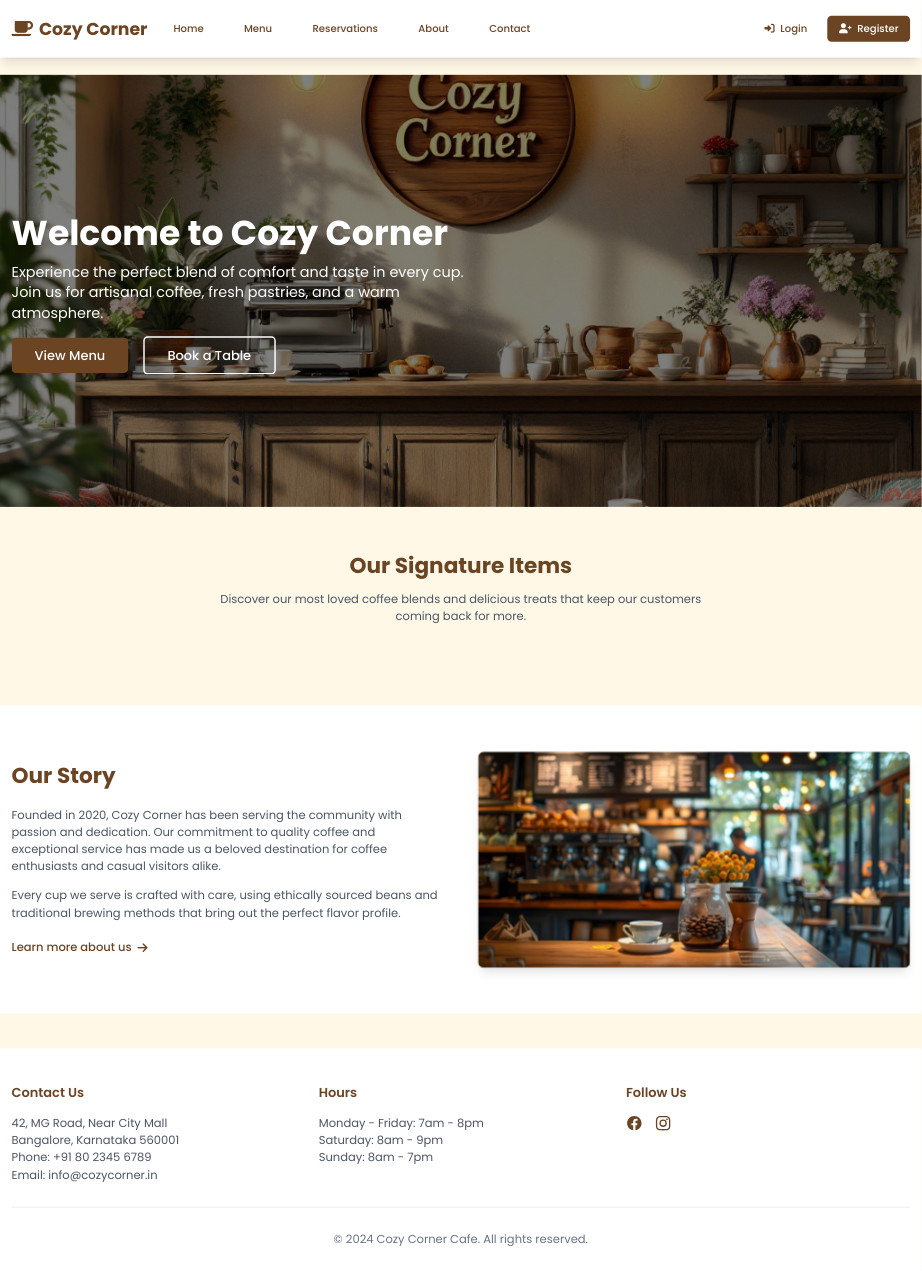
Repository: Aryansin1234/cafe-website
Page: http://localhost/
An editor plug-in stored every save of this project. The page is shown before and after the next save, followed by the edit.
The browser window is 1280 px wide. The pictures show the whole page, at 72% of full size.
Some web libraries are served in a nearby version. The page is run by PHP 8.4 with error messages shown; the project is at /var/www/html/. Queries for data that is not in the repository find no rows.

Above is the page before, as saved 2025-04-10 14:55:41.

### index.php
<?php require_once 'partials/header.php'; ?>

<!-- Hero Section -->
<div class="relative h-[600px] -mt-6">
    <div class="absolute inset-0">
        <img src="assets/images/hero-bg1.jpg" alt="Cafe Interior" class="w-full h-full object-cover object-center">
        <div class="absolute inset-0 bg-black opacity-50"></div>
    </div>
    <div class="relative max-w-7xl mx-auto h-full flex items-center px-4">
        <div class="text-white max-w-2xl" data-aos="fade-up" data-aos-duration="1000">
            <h1 class="text-5xl font-bold mb-4">Welcome to Cozy Corner</h1>
            <p class="text-xl mb-8">Experience the perfect blend of comfort and taste in every cup. Join us for artisanal coffee, fresh pastries, and a warm atmosphere.</p>
            <div class="space-x-4" data-aos="fade-up" data-aos-delay="300" data-aos-duration="1000">
                <a href="menu.php" class="bg-cafe-brown hover:bg-cafe-accent text-white px-8 py-3 rounded-md text-lg font-medium transition duration-300">View Menu</a>
                <a href="reservations.php" class="border-2 border-white hover:bg-white hover:text-cafe-brown text-white px-8 py-3 rounded-md text-lg font-medium transition duration-300">Book a Table</a>
            </div>
        </div>
    </div>
</div>

<!-- Featured Menu Section -->
<section class="py-16">
    <div class="text-center mb-12" data-aos="fade-up" data-aos-duration="1000">
        <h2 class="text-3xl font-bold text-cafe-brown mb-4">Our Signature Items</h2>
        <p class="text-gray-600 max-w-2xl mx-auto">Discover our most loved coffee blends and delicious treats that keep our customers coming back for more.</p>
    </div>
    <div class="grid grid-cols-1 md:grid-cols-3 gap-8">
        <?php
        require_once 'config/database.php';
        $stmt = $conn->query("SELECT * FROM menu_items WHERE id IN (1, 2, 3) LIMIT 3");
        $delay = 0;
        while ($item = $stmt->fetch(PDO::FETCH_ASSOC)) {
        ?>
        <div class="bg-white rounded-lg shadow-md overflow-hidden transform transition duration-500 hover:scale-105"
             data-aos="fade-up"
             data-aos-delay="<?php echo $delay; ?>"
             data-aos-duration="1000">
            <img src="<?php echo htmlspecialchars($item['image_url']); ?>"
                 alt="<?php echo htmlspecialchars($item['name']); ?>"
                 class="w-full h-48 object-cover object-center">
            <div class="p-6">
                <h3 class="text-xl font-semibold text-cafe-brown mb-2"><?php echo htmlspecialchars($item['name']); ?></h3>
                <p class="text-gray-600 mb-4"><?php echo htmlspecialchars($item['description']); ?></p>
                <p class="text-cafe-accent font-semibold">$<?php echo number_format($item['price'], 2); ?></p>
            </div>
        </div>
        <?php
            $delay += 200;
        }
        ?>
    </div>
</section>

<!-- About Section -->
<section class="py-16 bg-white">
    <div class="max-w-7xl mx-auto px-4">
        <div class="grid grid-cols-1 md:grid-cols-2 gap-12 items-center">
            <div data-aos="fade-right" data-aos-duration="1000">
                <h2 class="text-3xl font-bold text-cafe-brown mb-6">Our Story</h2>
                <p class="text-gray-600 mb-4">Founded in 2020, Cozy Corner has been serving the community with passion and dedication. Our commitment to quality coffee and exceptional service has made us a beloved destination for coffee enthusiasts and casual visitors alike.</p>
                <p class="text-gray-600 mb-6">Every cup we serve is crafted with care, using ethically sourced beans and traditional brewing methods that bring out the perfect flavor profile.</p>
                <a href="about.php" class="text-cafe-brown hover:text-cafe-accent font-medium transition duration-300 inline-flex items-center">
                    Learn more about us
                    <i class="fas fa-arrow-right ml-2 transform transition-transform duration-300 group-hover:translate-x-1"></i>
                </a>
            </div>
            <div class="relative" data-aos="fade-left" data-aos-duration="1000">
                <img src="assets/images/about-hero.jpg" alt="Cafe Ambiance" class="w-full h-auto object-contain rounded-lg shadow-lg transform transition duration-500 hover:scale-105">
            </div>
        </div>
    </div>
</section>

<!-- Initialize AOS -->
<script>
    AOS.init({
        duration: 1000,
        once: true,
        offset: 100,
        easing: 'ease-in-out'
    });
</script>

<?php require_once 'partials/footer.php'; ?>

### partials/header.php
<!DOCTYPE html>
<html lang="en">
<head>
    <meta charset="UTF-8">
    <meta name="viewport" content="width=device-width, initial-scale=1.0">
    <title>Cozy Corner Cafe</title>
    <script src="https://cdn.tailwindcss.com"></script>
    <link href="https://fonts.googleapis.com/css2?family=Poppins:wght@300;400;500;600;700&display=swap" rel="stylesheet">
    <!-- AOS Library -->
    <link href="https://unpkg.com/aos@2.3.1/dist/aos.css" rel="stylesheet">
    <script src="https://unpkg.com/aos@2.3.1/dist/aos.js"></script>
    <!-- Font Awesome -->
    <link rel="stylesheet" href="https://cdnjs.cloudflare.com/ajax/libs/font-awesome/6.0.0/css/all.min.css">
    <script>
        tailwind.config = {
            theme: {
                extend: {
                    fontFamily: {
                        sans: ['Poppins', 'sans-serif'],
                    },
                    colors: {
                        'cafe-brown': '#6B4423',
                        'cafe-cream': '#FFF8E7',
                        'cafe-accent': '#D4A373',
                    }
                }
            }
        }
    </script>
</head>
<body class="bg-cafe-cream min-h-screen">
    <nav class="bg-white shadow-lg fixed w-full z-50">
        <div class="max-w-7xl mx-auto px-4">
            <div class="flex justify-between h-20">
                <div class="flex items-center">
                    <div class="flex-shrink-0">
                        <a href="about.php" class="text-2xl font-bold text-cafe-brown flex items-center">
                            <i class="fas fa-coffee mr-2"></i>
                            Cozy Corner
                        </a>
                    </div>
                    <div class="hidden sm:ml-6 sm:flex sm:space-x-8">
                        <a href="index.php" class="text-cafe-brown hover:text-cafe-accent px-3 py-2 rounded-md text-sm font-medium transition duration-300">Home</a>
                        <a href="menu.php" class="text-cafe-brown hover:text-cafe-accent px-3 py-2 rounded-md text-sm font-medium transition duration-300">Menu</a>
                        <a href="reservations.php" class="text-cafe-brown hover:text-cafe-accent px-3 py-2 rounded-md text-sm font-medium transition duration-300">Reservations</a>
                        <a href="about.php" class="text-cafe-brown hover:text-cafe-accent px-3 py-2 rounded-md text-sm font-medium transition duration-300">About</a>
                        <a href="contact.php" class="text-cafe-brown hover:text-cafe-accent px-3 py-2 rounded-md text-sm font-medium transition duration-300">Contact</a>
                    </div>
                </div>
                <div class="hidden sm:ml-6 sm:flex sm:items-center sm:space-x-4">
                    <?php if(isset($_SESSION['user_id'])): ?>
                        <a href="cart.php" class="text-cafe-brown hover:text-cafe-accent px-3 py-2 rounded-md text-sm font-medium transition duration-300 flex items-center">
                            <i class="fas fa-shopping-cart mr-2"></i>
                            Cart
                        </a>
                        <a href="profile.php" class="text-cafe-brown hover:text-cafe-accent px-3 py-2 rounded-md text-sm font-medium transition duration-300 flex items-center">
                            <i class="fas fa-user mr-2"></i>
                            Profile
                        </a>
                        <a href="logout.php" class="bg-cafe-brown text-white hover:bg-cafe-accent px-4 py-2 rounded-md text-sm font-medium transition duration-300 flex items-center">
                            <i class="fas fa-sign-out-alt mr-2"></i>
                            Logout
                        </a>
                    <?php else: ?>
                        <a href="login.php" class="text-cafe-brown hover:text-cafe-accent px-3 py-2 rounded-md text-sm font-medium transition duration-300 flex items-center">
                            <i class="fas fa-sign-in-alt mr-2"></i>
                            Login
                        </a>
                        <a href="register.php" class="bg-cafe-brown text-white hover:bg-cafe-accent px-4 py-2 rounded-md text-sm font-medium transition duration-300 flex items-center">
                            <i class="fas fa-user-plus mr-2"></i>
                            Register
                        </a>
                    <?php endif; ?>
                </div>
                <!-- Mobile menu button -->
                <div class="sm:hidden flex items-center">
                    <button type="button" class="mobile-menu-button inline-flex items-center justify-center p-2 rounded-md text-cafe-brown hover:text-cafe-accent focus:outline-none">
                        <i class="fas fa-bars text-xl"></i>
                    </button>
                </div>
            </div>
        </div>
        <!-- Mobile menu -->
        <div class="sm:hidden mobile-menu hidden">
            <div class="px-2 pt-2 pb-3 space-y-1">
                <a href="index.php" class="text-cafe-brown hover:text-cafe-accent block px-3 py-2 rounded-md text-base font-medium">Home</a>
                <a href="menu.php" class="text-cafe-brown hover:text-cafe-accent block px-3 py-2 rounded-md text-base font-medium">Menu</a>
                <a href="reservations.php" class="text-cafe-brown hover:text-cafe-accent block px-3 py-2 rounded-md text-base font-medium">Reservations</a>
                <a href="about.php" class="text-cafe-brown hover:text-cafe-accent block px-3 py-2 rounded-md text-base font-medium">About</a>
                <a href="contact.php" class="text-cafe-brown hover:text-cafe-accent block px-3 py-2 rounded-md text-base font-medium">Contact</a>
                <?php if(isset($_SESSION['user_id'])): ?>
                    <a href="cart.php" class="text-cafe-brown hover:text-cafe-accent block px-3 py-2 rounded-md text-base font-medium">Cart</a>
                    <a href="profile.php" class="text-cafe-brown hover:text-cafe-accent block px-3 py-2 rounded-md text-base font-medium">Profile</a>
                    <a href="logout.php" class="text-cafe-brown hover:text-cafe-accent block px-3 py-2 rounded-md text-base font-medium">Logout</a>
                <?php else: ?>
                    <a href="login.php" class="text-cafe-brown hover:text-cafe-accent block px-3 py-2 rounded-md text-base font-medium">Login</a>
                    <a href="register.php" class="text-cafe-brown hover:text-cafe-accent block px-3 py-2 rounded-md text-base font-medium">Register</a>
                <?php endif; ?>
            </div>
        </div>
    </nav>

    <!-- Add padding to main content to account for fixed navbar -->
    <div class="pt-20">
        <main class="max-w-7xl mx-auto px-4 py-6">
            <?php // Main content will go here ?>
        </main>
    </div>

    <!-- Mobile menu script -->
    <script>
        const mobileMenuButton = document.querySelector('.mobile-menu-button');
        const mobileMenu = document.querySelector('.mobile-menu');

        mobileMenuButton.addEventListener('click', () => {
            mobileMenu.classList.toggle('hidden');
        });
    </script>
</body>
</html>

### config/database.php
<?php
define('DB_HOST', 'localhost');
define('DB_USER', 'root');
define('DB_PASS', '');
define('DB_NAME', 'cafe_db');

try {
    $conn = new PDO("mysql:host=" . DB_HOST . ";dbname=" . DB_NAME, DB_USER, DB_PASS);
    $conn->setAttribute(PDO::ATTR_ERRMODE, PDO::ERRMODE_EXCEPTION);
} catch(PDOException $e) {
    die("Connection failed: " . $e->getMessage());
}
?>

### partials/footer.php
    </main>
    <footer class="bg-white mt-12">
        <div class="max-w-7xl mx-auto px-4 py-12">
            <div class="grid grid-cols-1 md:grid-cols-3 gap-8">
                <div>
                    <h3 class="text-lg font-semibold text-cafe-brown mb-4">Contact Us</h3>
                    <p class="text-gray-600">42, MG Road, Near City Mall</p>
                    <p class="text-gray-600">Bangalore, Karnataka 560001</p>
                    <p class="text-gray-600">Phone: +91 80 2345 6789</p>
                    <p class="text-gray-600">Email: info@cozycorner.in</p>
                </div>
                <div>
                    <h3 class="text-lg font-semibold text-cafe-brown mb-4">Hours</h3>
                    <p class="text-gray-600">Monday - Friday: 7am - 8pm</p>
                    <p class="text-gray-600">Saturday: 8am - 9pm</p>
                    <p class="text-gray-600">Sunday: 8am - 7pm</p>
                </div>
                <div>
                    <h3 class="text-lg font-semibold text-cafe-brown mb-4">Follow Us</h3>
                    <div class="flex space-x-4">
                        <a href="#" class="text-cafe-brown hover:text-cafe-accent">
                            <span class="sr-only">Facebook</span>
                            <svg class="h-6 w-6" fill="currentColor" viewBox="0 0 24 24">
                                <path d="M22 12c0-5.523-4.477-10-10-10S2 6.477 2 12c0 4.991 3.657 9.128 8.438 9.878v-6.987h-2.54V12h2.54V9.797c0-2.506 1.492-3.89 3.777-3.89 1.094 0 2.238.195 2.238.195v2.46h-1.26c-1.243 0-1.63.771-1.63 1.562V12h2.773l-.443 2.89h-2.33v6.988C18.343 21.128 22 16.991 22 12z"/>
                            </svg>
                        </a>
                        <a href="#" class="text-cafe-brown hover:text-cafe-accent">
                            <span class="sr-only">Instagram</span>
                            <svg class="h-6 w-6" fill="currentColor" viewBox="0 0 24 24">
                                <path d="M12.315 2c2.43 0 2.784.013 3.808.06 1.064.049 1.791.218 2.427.465a4.902 4.902 0 011.772 1.153 4.902 4.902 0 011.153 1.772c.247.636.416 1.363.465 2.427.048 1.067.06 1.407.06 4.123v.08c0 2.643-.012 2.987-.06 4.043-.049 1.064-.218 1.791-.465 2.427a4.902 4.902 0 01-1.153 1.772 4.902 4.902 0 01-1.772 1.153c-.636.247-1.363.416-2.427.465-1.067.048-1.407.06-4.123.06h-.08c-2.643 0-2.987-.012-4.043-.06-1.064-.049-1.791-.218-2.427-.465a4.902 4.902 0 01-1.772-1.153 4.902 4.902 0 01-1.153-1.772c-.247-.636-.416-1.363-.465-2.427-.047-1.024-.06-1.379-.06-3.808v-.63c0-2.43.013-2.784.06-3.808.049-1.064.218-1.791.465-2.427a4.902 4.902 0 011.153-1.772A4.902 4.902 0 015.45 2.525c.636-.247 1.363-.416 2.427-.465C8.901 2.013 9.256 2 11.685 2h.63zm-.081 1.802h-.468c-2.456 0-2.784.011-3.807.058-.975.045-1.504.207-1.857.344-.467.182-.8.398-1.15.748-.35.35-.566.683-.748 1.15-.137.353-.3.882-.344 1.857-.047 1.023-.058 1.351-.058 3.807v.468c0 2.456.011 2.784.058 3.807.045.975.207 1.504.344 1.857.182.466.399.8.748 1.15.35.35.683.566 1.15.748.353.137.882.3 1.857.344 1.054.048 1.37.058 4.041.058h.08c2.597 0 2.917-.01 3.96-.058.976-.045 1.505-.207 1.858-.344.466-.182.8-.398 1.15-.748.35-.35.566-.683.748-1.15.137-.353.3-.882.344-1.857.048-1.055.058-1.37.058-4.041v-.08c0-2.597-.01-2.917-.058-3.96-.045-.976-.207-1.505-.344-1.858a3.097 3.097 0 00-.748-1.15 3.098 3.098 0 00-1.15-.748c-.353-.137-.882-.3-1.857-.344-1.023-.047-1.351-.058-3.807-.058zM12 6.865a5.135 5.135 0 110 10.27 5.135 5.135 0 010-10.27zm0 1.802a3.333 3.333 0 100 6.666 3.333 3.333 0 000-6.666zm5.338-3.205a1.2 1.2 0 110 2.4 1.2 1.2 0 010-2.4z"/>
                            </svg>
                        </a>
                    </div>
                </div>
            </div>
            <div class="mt-8 border-t border-gray-200 pt-8 text-center">
                <p class="text-gray-500">&copy; 2024 Cozy Corner Cafe. All rights reserved.</p>
            </div>
        </div>
    </footer>
</body>
</html>

After the next save:
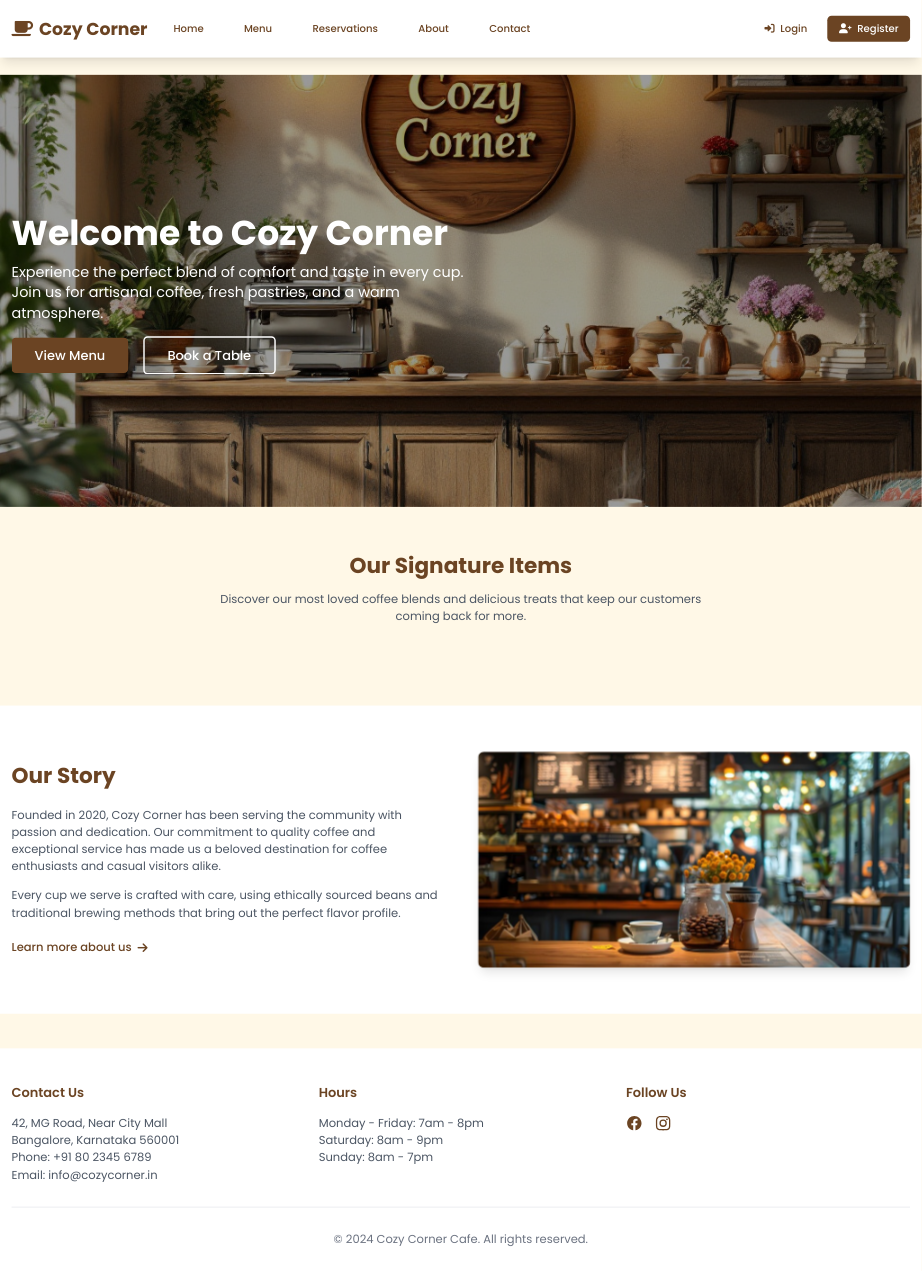
Saved 76 s later.
--- a/index.php
+++ b/index.php
@@ -1,12 +1,12 @@
 <?php require_once 'partials/header.php'; ?>
 
 <!-- Hero Section -->
-<div class="relative h-[600px] -mt-6">
+<div class="relative min-h-[600px] -mt-6">
     <div class="absolute inset-0">
         <img src="assets/images/hero-bg1.jpg" alt="Cafe Interior" class="w-full h-full object-cover object-center">
-        <div class="absolute inset-0 bg-black opacity-50"></div>
+        <div class="absolute inset-0 bg-black opacity-40"></div>
     </div>
-    <div class="relative max-w-7xl mx-auto h-full flex items-center px-4">
+    <div class="relative max-w-7xl mx-auto min-h-[600px] flex items-center px-4 py-20">
         <div class="text-white max-w-2xl" data-aos="fade-up" data-aos-duration="1000">
             <h1 class="text-5xl font-bold mb-4">Welcome to Cozy Corner</h1>
             <p class="text-xl mb-8">Experience the perfect blend of comfort and taste in every cup. Join us for artisanal coffee, fresh pastries, and a warm atmosphere.</p>
